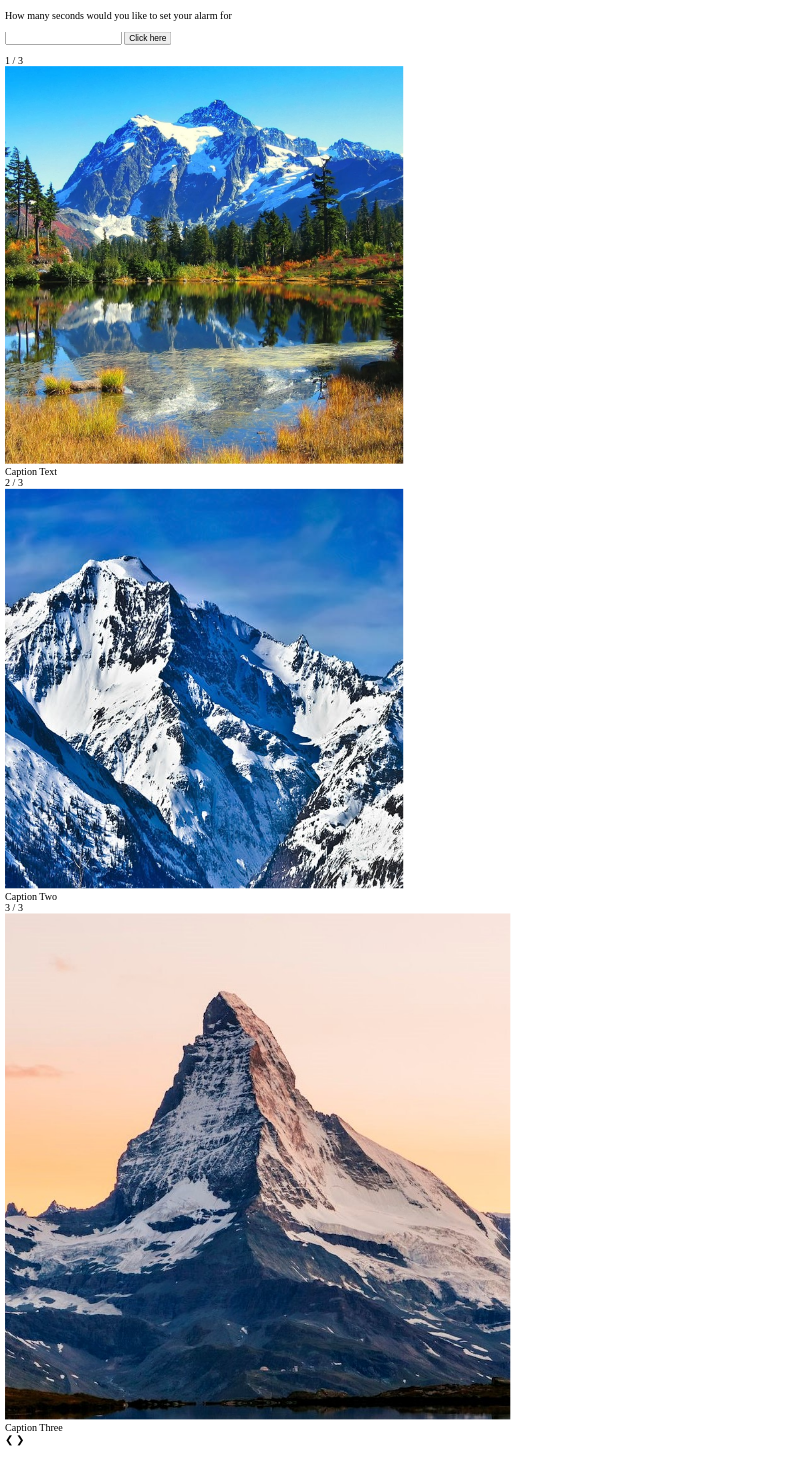
Repository: andyd71/Javascript-Projects
Page: Basic Javascript Projects/Project9_countdown_slideshow/index.html
An editor plug-in stored every save of this project. The page is shown before and after the next save, followed by the edit.
The browser window is 1280 px wide. The pictures show the whole page, at 63% of full size.

Above is the page before, as saved 2021-03-06 21:43:59.
Console error: TypeError: Cannot read properties of undefined (reading 'style')

After the next save:
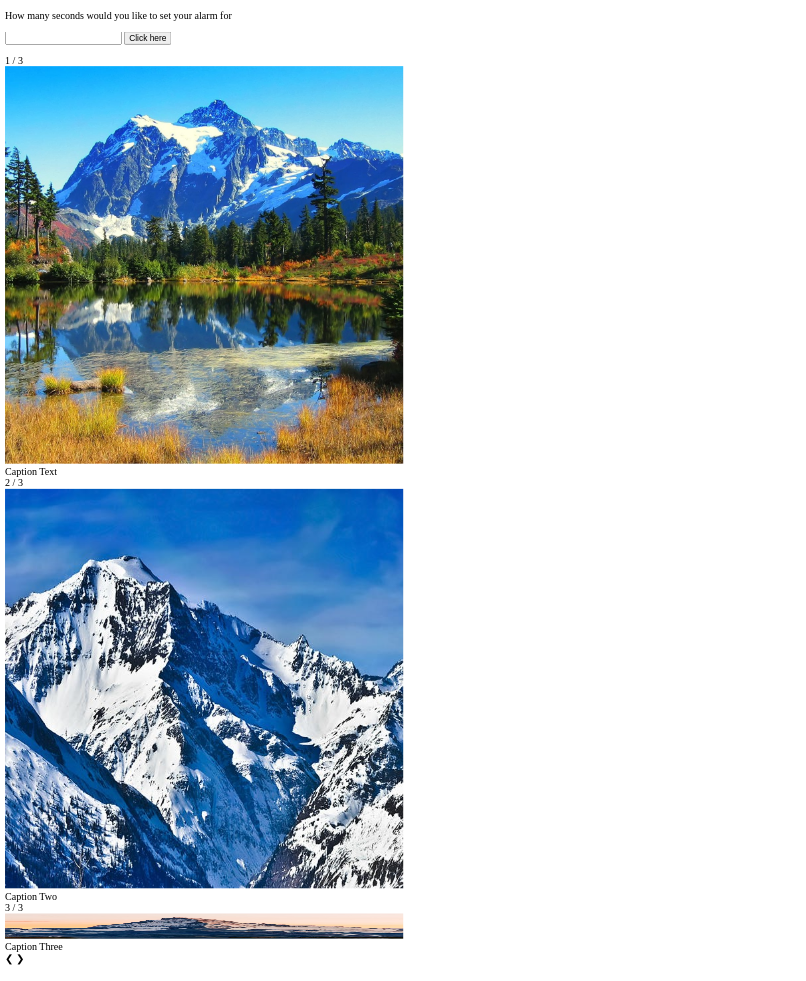
Saved 23 s later.
--- a/Basic Javascript Projects/Project9_countdown_slideshow/index.html
+++ b/Basic Javascript Projects/Project9_countdown_slideshow/index.html
@@ -27,7 +27,7 @@
 
         <div class="mySlides fade">
           <div class="numbertext">3 / 3</div>
-          <img src="mountain.jpg" style="width:50%, height:40px">
+          <img src="mountain.jpg" style="width:50%; height:40px">
           <div class="text">Caption Three</div>
         </div>
 
